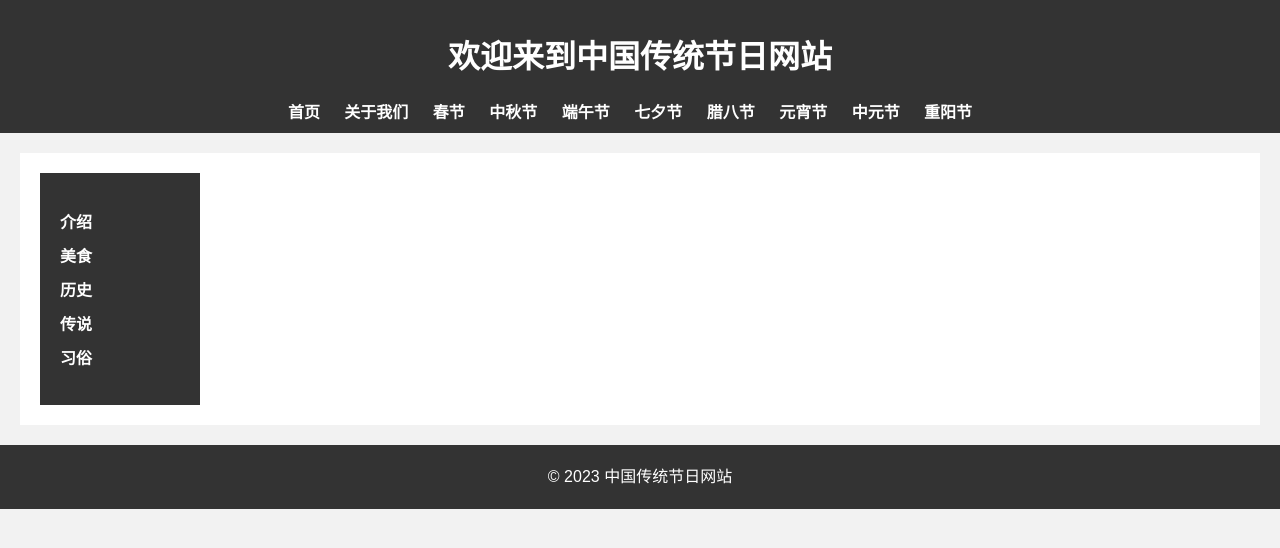
Repository: XueJie1/computer-operation-basics
Page: pages/midautumn/midautumnfestival.html
These files come from the project's save history. The page is drawn as it stood at one moment and after the next save; the edit follows.
The browser window is 1280 px wide. The pictures show the whole page.
Some web libraries are served in a nearby version.

Above is the page before, as saved 2023-09-04 17:16:37.

### pages/midautumn/midautumnfestival.html
<!DOCTYPE html>
<html lang="zh-CN">

<head>
    <meta charset="UTF-8">
    <meta name="viewport" content="width=device-width, initial-scale=1.0">
    <title>中秋节 - 月饼和家庭团聚</title>
    <link rel="stylesheet" type="text/css" href="../../css/styles.css" />
    <script src="https://cdn.staticfile.org/jquery/1.10.2/jquery.min.js"></script>
    <script src="../../js/main.js"></script>
</head>

<body>
    <div class="header">
        <h1>欢迎来到中国传统节日网站</h1>
        <nav>
            <ul>
                <li><a href="../../index.html">首页</a></li>
                <li><a href="../../about.html">关于我们</a></li>
                <li><a href="../springfes/springfestival.html">春节</a></li>
                <li><a href="../midautumn/midautumnfestival.html">中秋节</a></li>
                <li><a href="../dragonboatfes/dragonboatfestival.html">端午节</a></li>
                <li><a href="../qixifes/qixifestival.html">七夕节</a></li>
                <li><a href="../labafes/labafestival.html">腊八节</a></li>
                <li><a href="../lanternfes/lanternfestival.html">元宵节</a></li>
                <li><a href="../hungryghostfes/hungryghostfestival.html">中元节</a></li>
                <li><a href="../doubleninthfes/doubleninthfestival.html">重阳节</a></li>

            </ul>
        </nav>
    </div>
    <main>
        <div class="container">
            <div class="sidebar">
                <!-- 侧边栏 -->
                <ul>
                    <li><a href="#introduction">介绍</a></li>
                    <li><a href="#cuisine">美食</a></li>
                    <li><a href="#history">历史</a></li>
                    <li><a href="#legend">传说</a></li>
                    <li><a href="#customs">习俗</a></li>
                </ul>
            </div>


            <!-- 介绍 -->
            <section id="introduction">
                <div id="introduction"></div>
            </section>

            <!-- 美食 -->
            <section id="cuisine" style="display: none;">
                <h2>美食</h2>
                <p>中秋节期间，人们会品尝各种美味的月饼，这是节日的主要食物。月饼有许多不同的口味，如豆沙、莲蓉和五仁。</p>
            </section>

            <!-- 历史 -->
            <section id="history" style="display: none;">
                <h2>历史</h2>
                <p>中秋节有着悠久的历史，起源于中国古代的农业社会。了解中秋节的历史和文化传统。</p>
            </section>

            <!-- 传说 -->
            <section id="legend" style="display: none;">
                <h2>传说</h2>
                <p>中秋节有许多美丽的传说，其中最著名的是关于嫦娥奔月的故事。这个故事充满了浪漫和神秘。</p>
            </section>

            <!-- 习俗 -->
            <section id="customs" style="display: none;">
                <h2>习俗</h2>
                <p>中秋节有许多传统习俗，如赏月、吃月饼、编织七巧板等。这些习俗代代相传，传承着节日的文化。</p>
            </section>
    </main>
    </div>

    <footer>
        <p>&copy; 2023 中国传统节日网站</p>
    </footer>

    <!-- <script src="https://code.jquery.com/jquery-3.6.0.min.js"></script>
    <script>
        $(document).ready(function () {
            // 为侧边栏链接绑定点击事件
            $('.sidebar a').on('click', function (e) {
                e.preventDefault(); // 阻止默认链接行为

                // 获取点击链接的href属性值
                var target = $(this).attr('href');

                // 隐藏所有的section
                $('main section').hide();

                // 显示目标section
                $(target).show();
            });
        });
    </script> -->
</body>

</html>

### css/styles.css

body {
    font-family: Arial, sans-serif;
    margin: 0;
    padding: 0;
    background-color: #f2f2f2;
}

header , .header{
    background-color: #333;
    color: #fff;
    padding: 10px 0;
}


.header h1, header h1{
    text-align: center;
    text-decoration: none;
    color: #fff;
}

.banner {
    text-align: center;
    width: 100%;
    height: auto;
}

nav ul {
    list-style-type: none;
    margin: 0;
    padding: 0;
    text-align: center;
}

nav ul li {
    display: inline;
    margin-right: 20px;
}

nav ul li a {
    text-decoration: none;
    color: #fff;
    font-weight: bold;
    font-size: 16px;
}

nav ul li a:hover {
    color: #ff9900; /* 鼠标悬停时的颜色 */
}

main {
    margin: 20px 20px 20px 20px;
}

footer p , .footer p{
    color: #fff;
    text-align: center;
    background-color: #333;
    padding-top: 20px;
    padding-bottom: 20px;
}

/* 为网页容器设置样式 */
.container {
    display: flex;
}

/* 侧边栏样式 */
.sidebar {
    flex: 0 0 10%; /* 侧边栏占据25%的宽度 */
    background-color: #333;
    color: #fff;
    padding: 20px;
}

.sidebar ul {
    list-style-type: none;
    padding: 0;
}

.sidebar ul li {
    margin-bottom: 10px;
}

.sidebar ul li a {
    text-decoration: none;
    color: #fff;
    font-weight: bold;
    font-size: 16px;
}

/* 主内容区域样式 */
main {
    flex: 0 0 75%; /* 主内容区域占据75%的宽度 */
    background-color: #fff;
    padding: 20px;
}

/* 标题样式 */
/* h1 {
    font-size: 28px;
    color: #333;
    margin-top: 0;
} */

h2 {
    text-align: center;
    font-size: 24px;
    color: #333;
}

h3 {
    text-align: center;
}

/* 正文样式 */
p {
    font-size: 16px;
    line-height: 1.5;
    color: #555;
}

section {
    margin-left: 20px;
}

.img {
    text-align: center;
}

.img img {
    width: 350px;
    height: auto;
}

main li {
    color: #555;
}

### js/main.js

    $(document).ready(function () {
        // 为侧边栏链接绑定点击事件
        $('.sidebar a').on('click', function (e) {
            e.preventDefault(); // 阻止默认链接行为

            // 获取点击链接的href属性值
            var target = $(this).attr('href');

            // 隐藏所有的section
            $('main section').hide();

            // 显示目标section
            $(target).show();
        });
    });

After the next save:
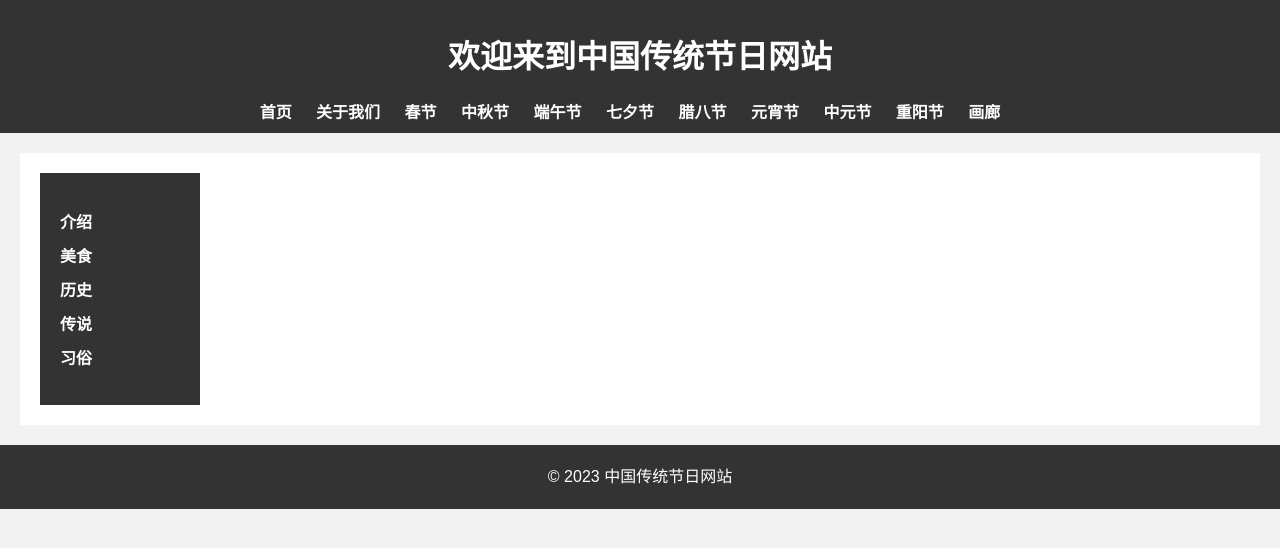
Saved 4 s later.
--- a/pages/midautumn/midautumnfestival.html
+++ b/pages/midautumn/midautumnfestival.html
@@ -25,6 +25,7 @@
                 <li><a href="../lanternfes/lanternfestival.html">元宵节</a></li>
                 <li><a href="../hungryghostfes/hungryghostfestival.html">中元节</a></li>
                 <li><a href="../doubleninthfes/doubleninthfestival.html">重阳节</a></li>
+                <li><a href="../gallery.html">画廊</a></li>
 
             </ul>
         </nav>
